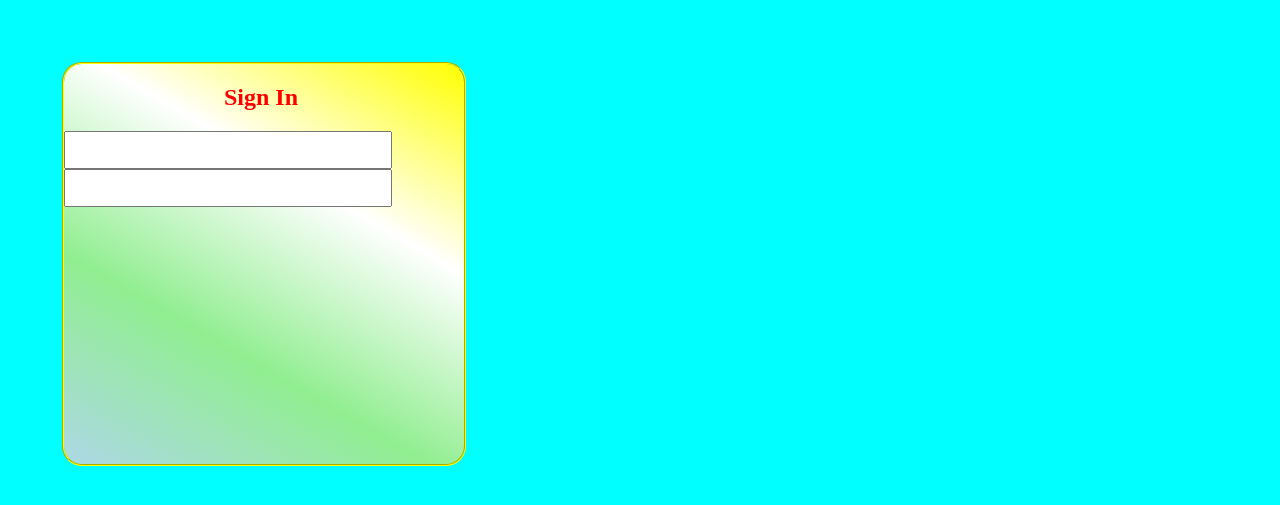
Repository: Amani-Kibet/express-app-web
Page: public/Card.html
An editor plug-in stored every save of this project. The page is shown before and after the next save, followed by the edit.
The browser window is 1280 px wide. The pictures show the whole page.

Above is the page before, as saved 2025-09-25 21:17:58.

### public/Card.html
<!DOCTYPE html>
<head>
  <title> Login Page</title>
  <style>
  #board{
    background: linear-gradient(30deg, lightblue, lightgreen, white, yellow);
    width: 25rem;
    height: 25rem;
    border-radius: 18px;
    outline: 2px groove yellow;
    position: absolute;
    top: 4rem;
    left: 4rem;
  }
  h2{
    color: red;
    position: relative;
    left: 10rem
  }
  .inputs{
    width: 20rem;
    height: 2rem;

  }
  </style>
</head>
<body bgColor="cyan">
  <div id="board">
    <h2>Sign In</h2>
    <input type="number" class="inputs" id="phoneI">
    <input type="password" class="inputs" id="passI">
  </div>
</body>
<script>
  let input1= document.getElementById("input1");
  let btn1= document.getElementById("btn1");

  function f1(){
    let file= input1.files[0];
    let env= new FormData();
    env.append("image", file)

    fetch("http://localhost:3000/path1", {
      method: "POST",
      body: env
    })
  }


</script>
</html>

After the next save:
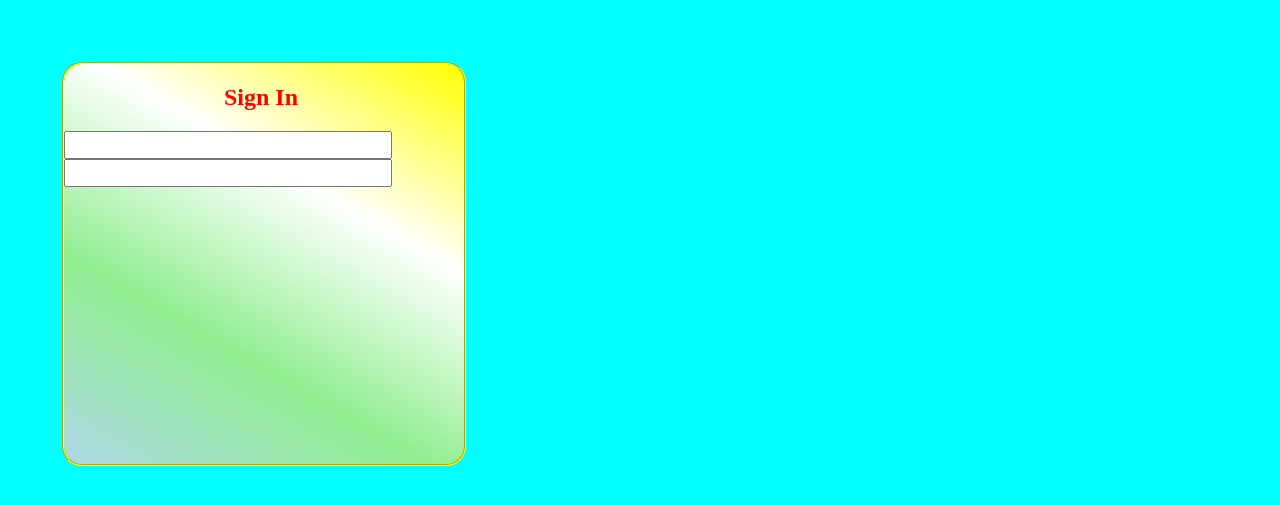
Saved 14 s later.
--- a/public/Card.html
+++ b/public/Card.html
@@ -19,7 +19,7 @@
   }
   .inputs{
     width: 20rem;
-    height: 2rem;
+    height: 22px;
 
   }
   </style>
